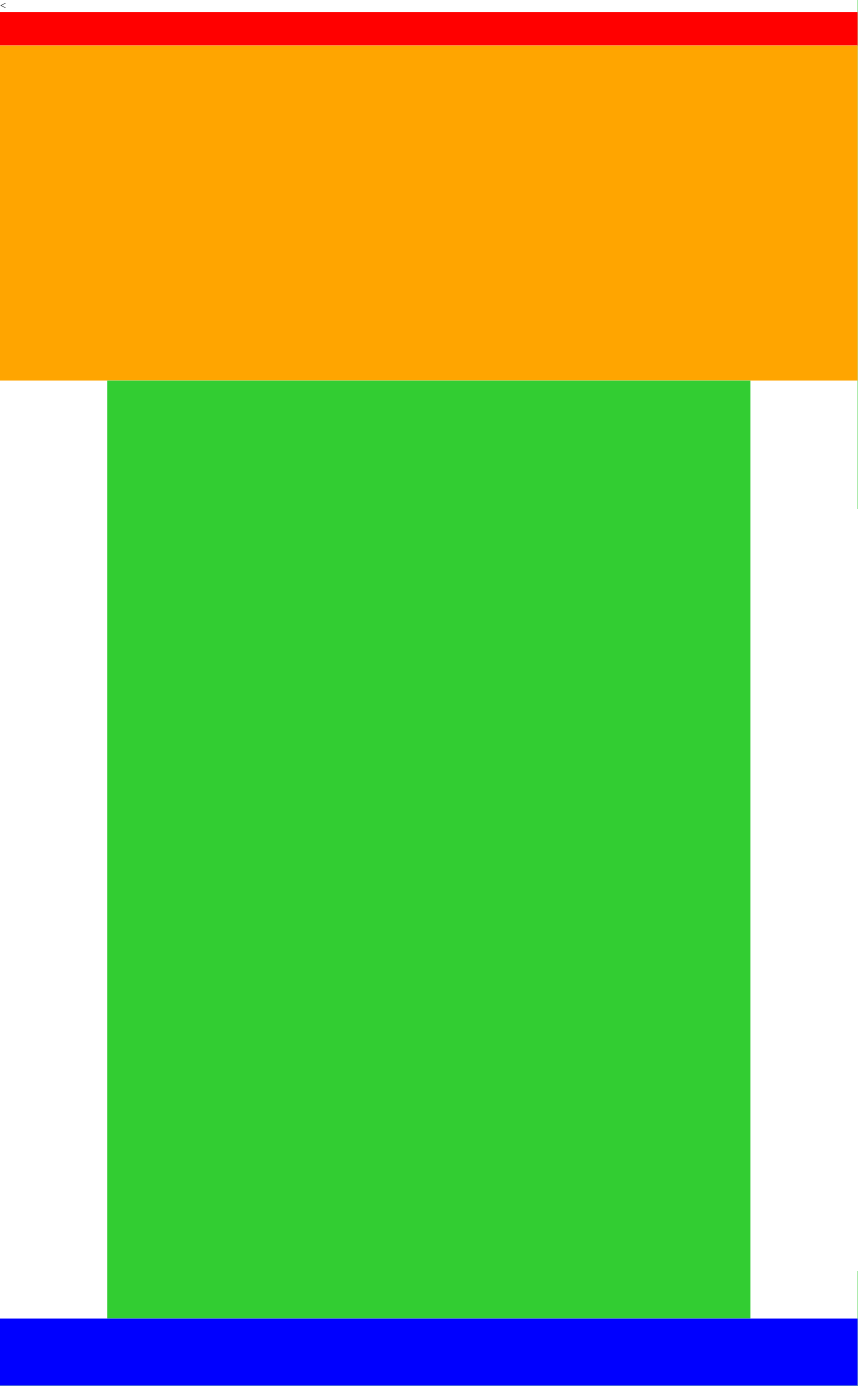
Repository: menyuu/test-html-CSS-practice
Page: exercise/chapter4_exercise.html
The author's editor kept a record of every edit. The page is drawn from the files as they stood at one moment, then again after the next edit.
The browser window is 1280 px wide. The pictures show the whole page, at 67% of full size.

Above is the page before.

After the next edit:
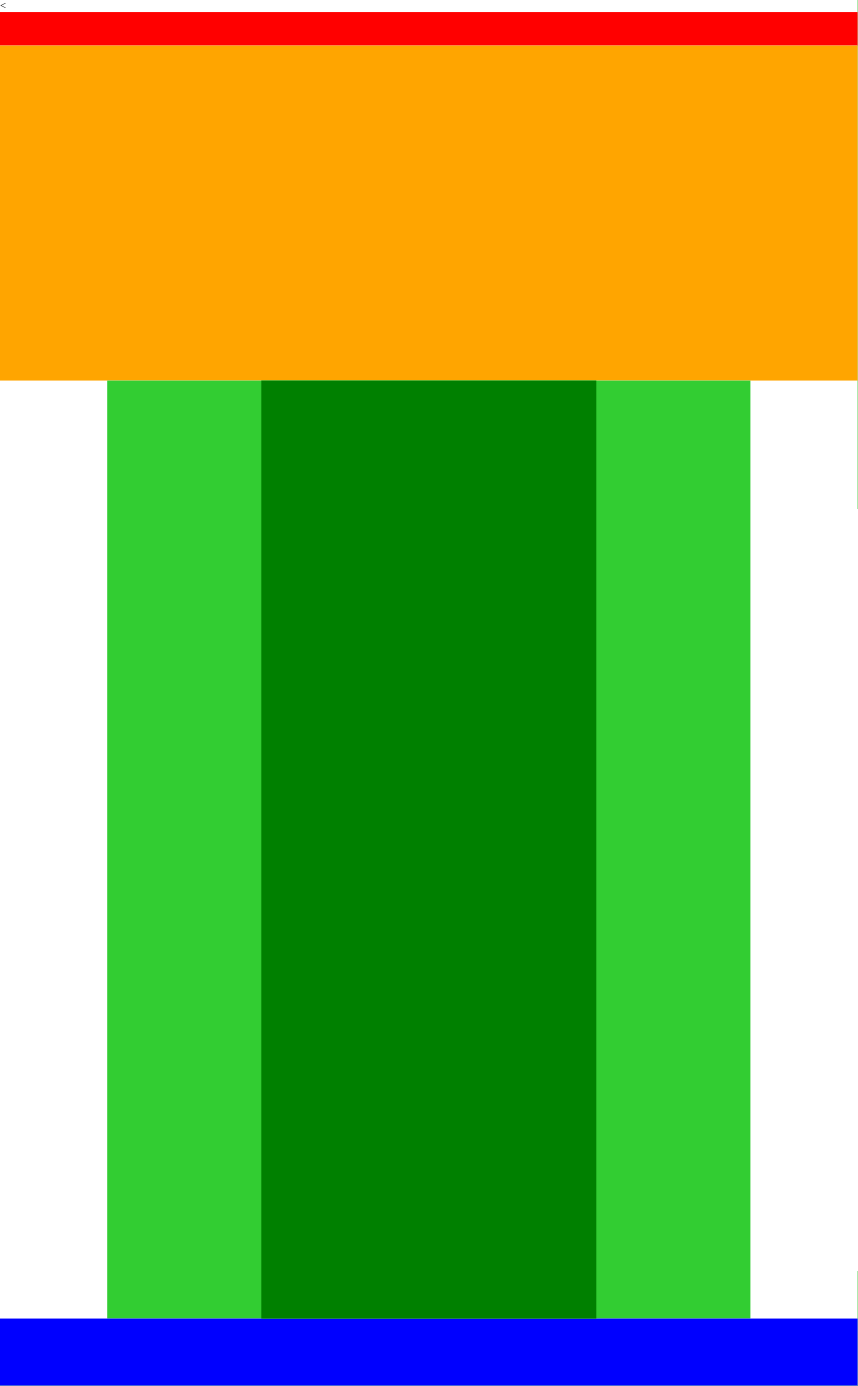
The edit:
--- a/exercise/style4.css
+++ b/exercise/style4.css
@@ -25,7 +25,7 @@
   justify-content: center;
 }
 
-.main-child2 {
+.main-child {
   width: 500px;
   height: 1400px;
   background-color: green;
